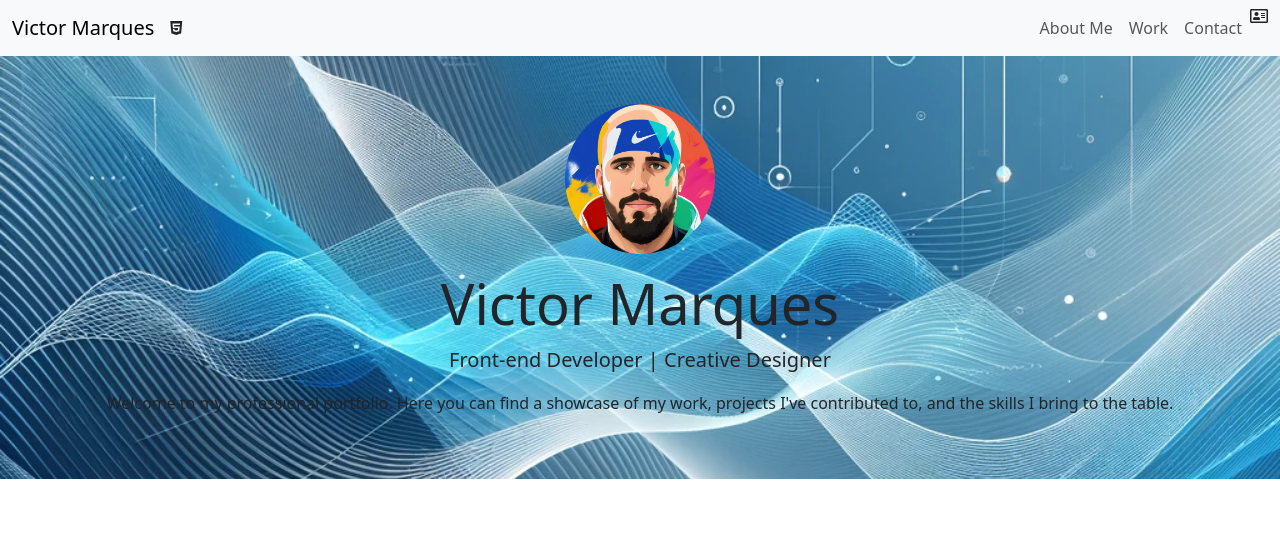
Repository: uvee35/Bootstrap-Portfolio
Page: index.html
The author's editor kept a copy of each file at every save. The page is drawn from the files as they stood at one save, then again after the next save.
The browser window is 1280 px wide. The pictures show the whole page.

Above is the page before, as saved 2023-12-17 00:05:12.

### index.html
<!DOCTYPE html>
<html lang="en">
  <head>
    <meta charset="utf-8" />
    <meta name="viewport" content="width=device-width, initial-scale=1" />
    <title>Bootstrap demo</title>
    <link
      href="https://cdn.jsdelivr.net/npm/bootstrap@5.3.2/dist/css/bootstrap.min.css"
      rel="stylesheet"
      integrity="sha384-T3c6CoIi6uLrA9TneNEoa7RxnatzjcDSCmG1MXxSR1GAsXEV/Dwwykc2MPK8M2HN"
      crossorigin="anonymous"
    />
    <link rel="stylesheet" href="./css/style.css">
    <link rel="stylesheet" href="https://cdnjs.cloudflare.com/ajax/libs/font-awesome/5.15.4/css/all.min.css">

  </head>
  <body>
   <!-- Navbar -->
<nav class="navbar navbar-expand-lg navbar-light bg-light">
  <div class="container-fluid">
    <!-- Brand/logo -->
    <a class="navbar-brand" href="#home">Victor Marques</a>
    <i class="fab fa-html5"></i>

    <!-- Toggle button for small screens -->
    <button class="navbar-toggler" type="button" data-bs-toggle="collapse" data-bs-target="#navbarNavAltMarkup" aria-controls="navbarNavAltMarkup" aria-expanded="false" aria-label="Toggle navigation">
      <span class="navbar-toggler-icon"></span>
    </button>

    <!-- Navbar links -->
    <div class="collapse navbar-collapse justify-content-end" id="navbarNavAltMarkup">
      <div class="navbar-nav">

        <a class="nav-link" href="#about-me">About Me</a>
        <a class="nav-link" href="#work">Work</a>
        <a class="nav-link" href="#contact">Contact</a> <i class="far fa-address-card"></i>
      </div>
    </div>
  </div>
</nav>

<!-- Hero Section -->
<section class="hero-section bg-light text-center py-5">
  <div class="container">
    <img src="./css/images/victor.JPG" alt="Your Name" class="rounded-circle mb-3" style="width: 150px; height: 150px;">
    <h1 class="display-4">Victor Marques</h1>
    <p class="lead">Front-end Developer | Creative Designer</p>
    <p>Welcome to my professional portfolio. Here you can find a showcase of my work, projects I've contributed to, and the skills I bring to the table.</p>
  </div>
</section>



   </div>


    <script
      src="https://cdn.jsdelivr.net/npm/bootstrap@5.3.2/dist/js/bootstrap.bundle.min.js"
      integrity="sha384-C6RzsynM9kWDrMNeT87bh95OGNyZPhcTNXj1NW7RuBCsyN/o0jlpcV8Qyq46cDfL"
      crossorigin="anonymous"
    ></script>
  </body>
</html>

### css/style.css
.hero-section {
    background-image: url('./images/background.png');
    background-size: cover;
    background-position: center;
  }

After the next save:
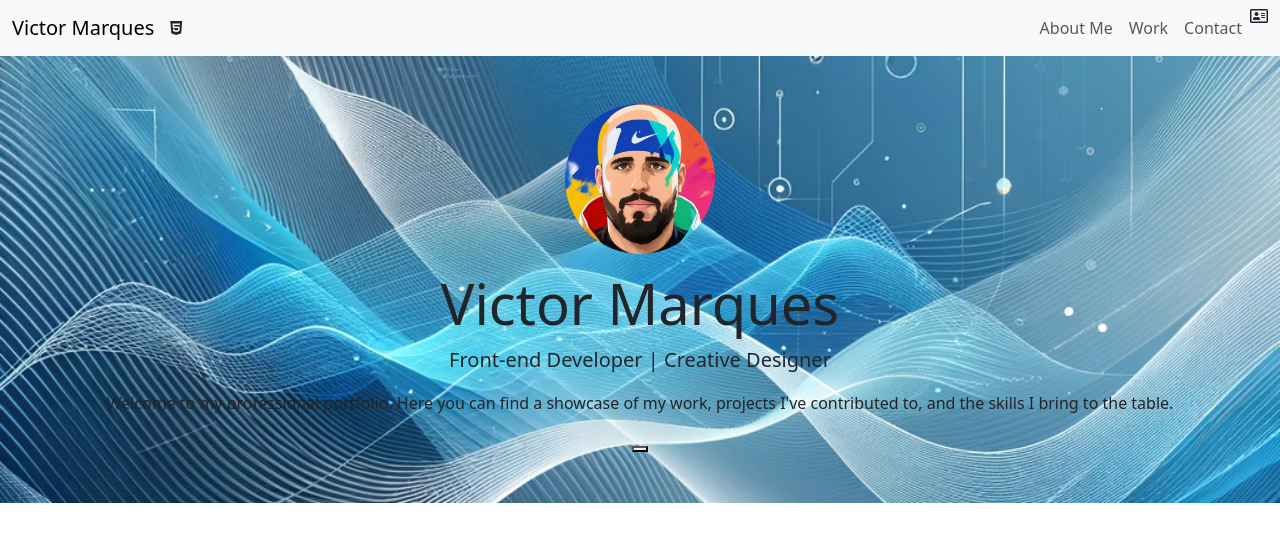
Saved 8 min 22 s later.
--- a/index.html
+++ b/index.html
@@ -47,6 +47,7 @@
     <p class="lead">Front-end Developer | Creative Designer</p>
     <p>Welcome to my professional portfolio. Here you can find a showcase of my work, projects I've contributed to, and the skills I bring to the table.</p>
   </div>
+  <button class="contact-me" id="contact"></button>
 </section>
 
 
